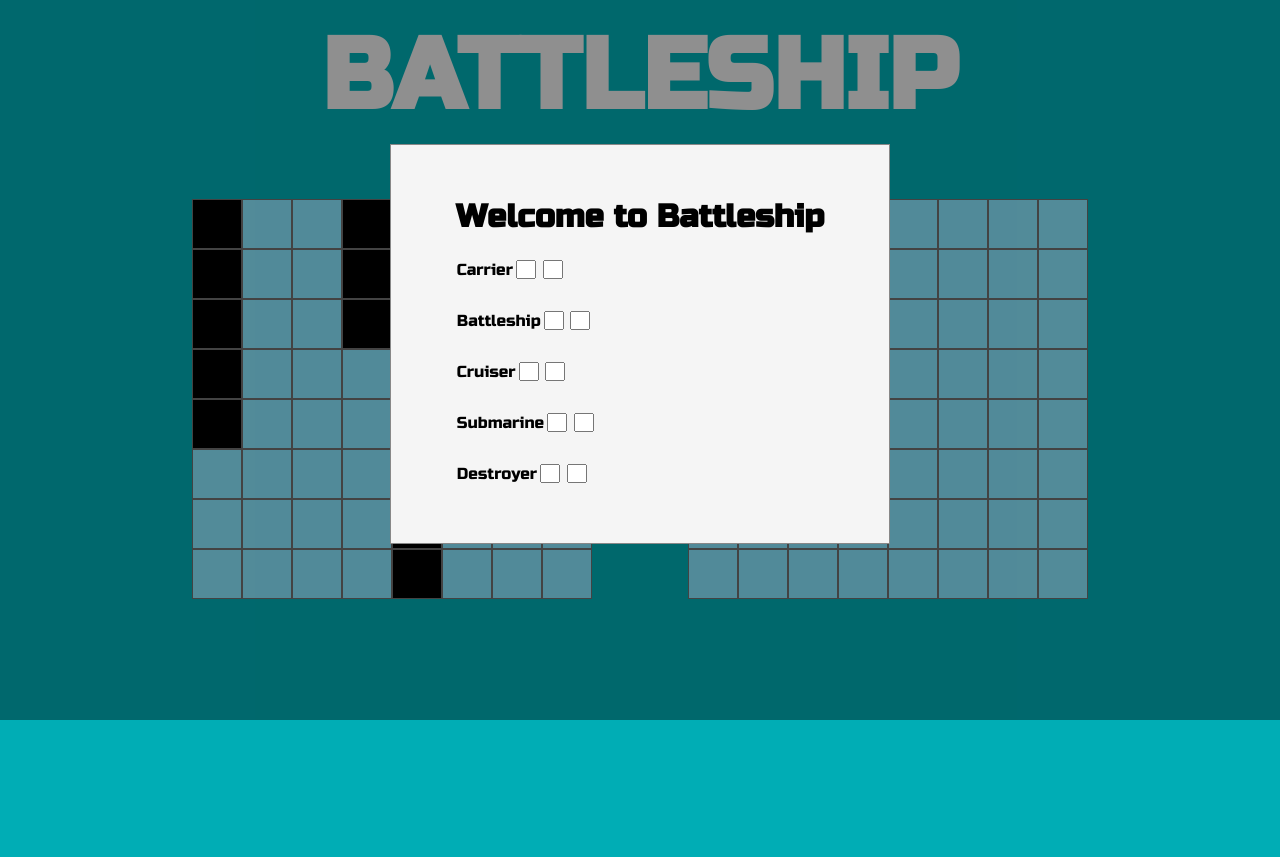
Repository: AzharMoosa/battleship
Page: /
The author's editor kept a copy of each file at every save. The page is drawn from the files as they stood at one save, then again after the next save.
The browser window is 1280 px wide. The pictures show the whole page.
The project was rebuilt for these pictures with package versions that can differ from the ones it lists, and the page was loaded fresh each time.

Above is the page before, as saved 2020-07-09 10:14:06.

After the next save:
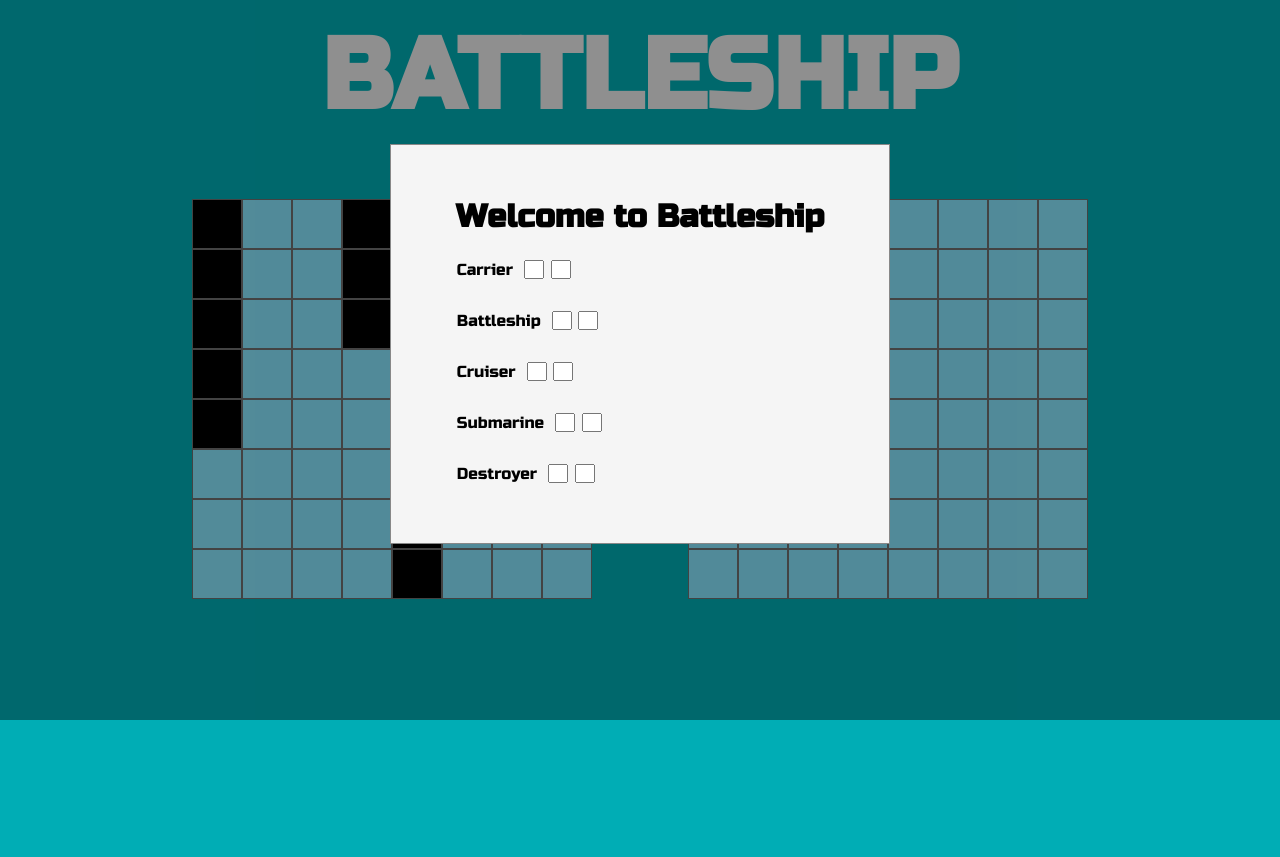
Saved 35 s later.
--- a/src/App.css
+++ b/src/App.css
@@ -125,6 +125,10 @@ body {
   align-items: center;
   width: 80%;
   margin-top: 1rem;
+}
+
+.coord-inputs label {
+  margin-right: 0.5rem;
 }
 
 .coord-input {
